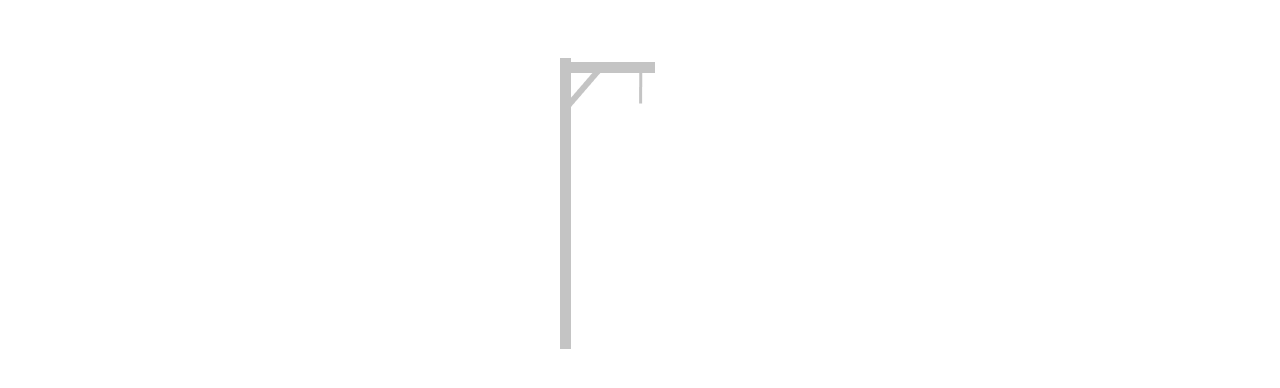
Repository: jatinhchanchlani/hangman
Page: /
An editor plug-in stored every save of this project. The page is shown before and after the next save, followed by the edit.
The browser window is 1280 px wide. The pictures show the whole page.
The project was rebuilt for these pictures with package versions that can differ from the ones it lists, and the page was loaded fresh each time. Also part of the build but not shown: src/App.css.

Above is the page before, as saved 2020-10-04 16:46:20.

After the next save:
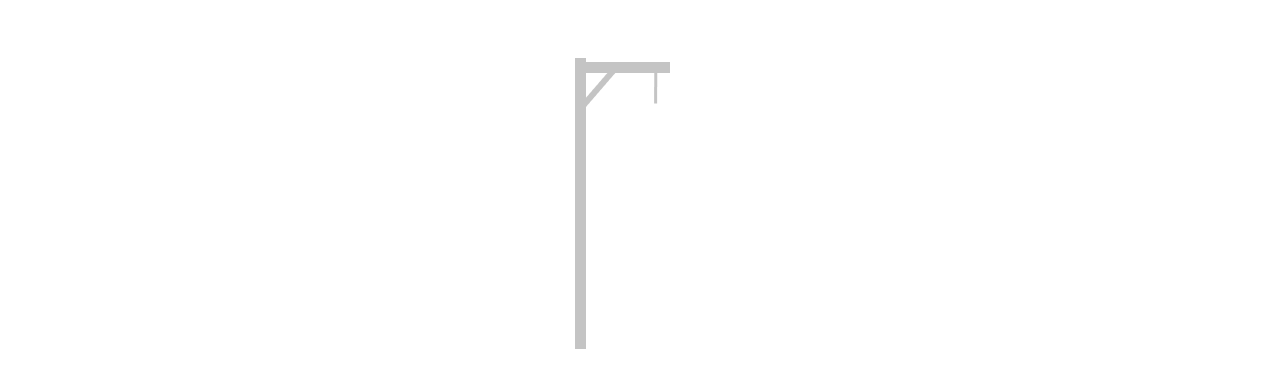
Saved 21 s later.
--- a/src/components/game.jsx
+++ b/src/components/game.jsx
@@ -8,7 +8,9 @@
       <div className="container-fluid">
         <div className="row">
           <div className="col col-sm-5"></div>
-          <Image />
+          <div className="col col-sm-2">
+            <Image />
+          </div>
         </div>
       </div>
     );

After the 2 saves that followed:
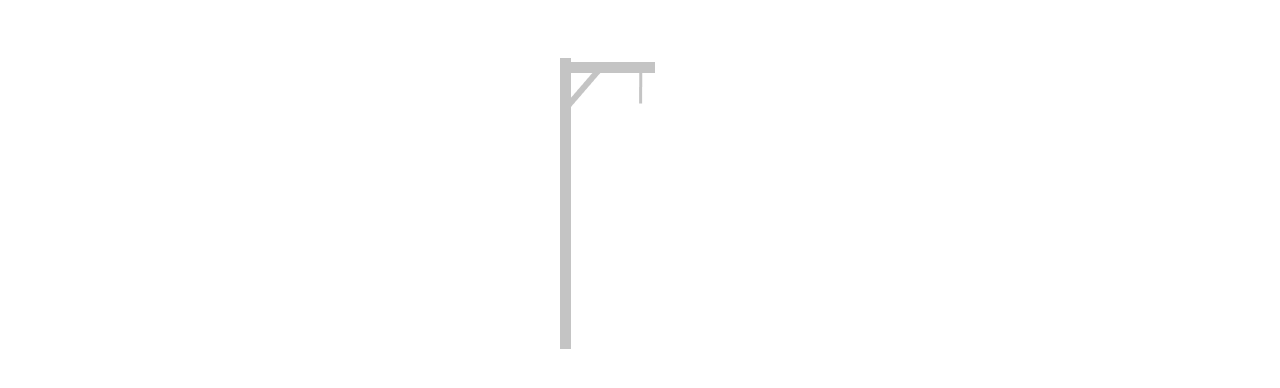
The 2 saves are shown as one change because they came seconds apart.
The last was saved 17 s later.
--- a/src/components/game.jsx
+++ b/src/components/game.jsx
@@ -8,9 +8,7 @@
       <div className="container-fluid">
         <div className="row">
           <div className="col col-sm-5"></div>
-          <div className="col col-sm-2">
-            <Image />
-          </div>
+          <Image />
         </div>
       </div>
     );
